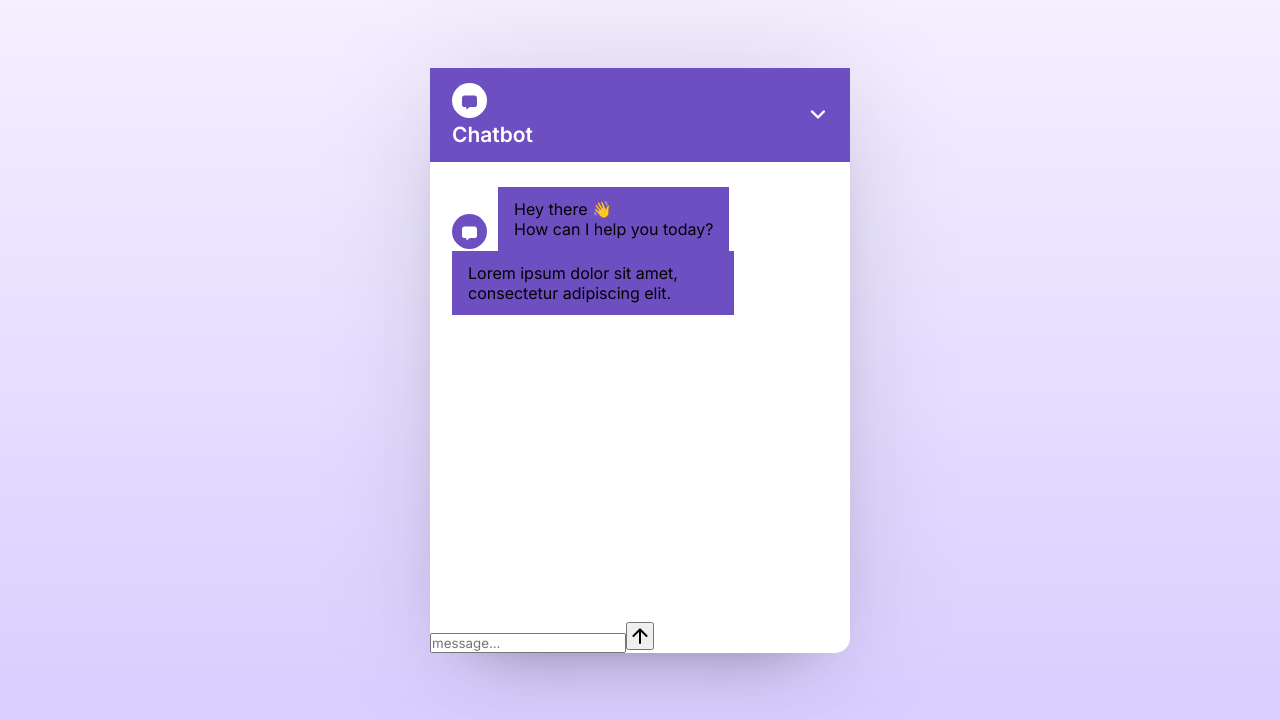
Repository: gogg23/chatbot
Page: / (app in chatbot/)
These files come from the project's save history. The page is drawn as it stood at one moment and after the next save; the edit follows.
The browser window is 1280 px wide. The pictures show the whole page.
The project was rebuilt for these pictures with package versions that can differ from the ones it lists, and the page was loaded fresh each time. Also part of the build but not shown: chatbot/vite.config.js.

Above is the page before, as saved 2025-01-17 11:24:52.

After the next save:
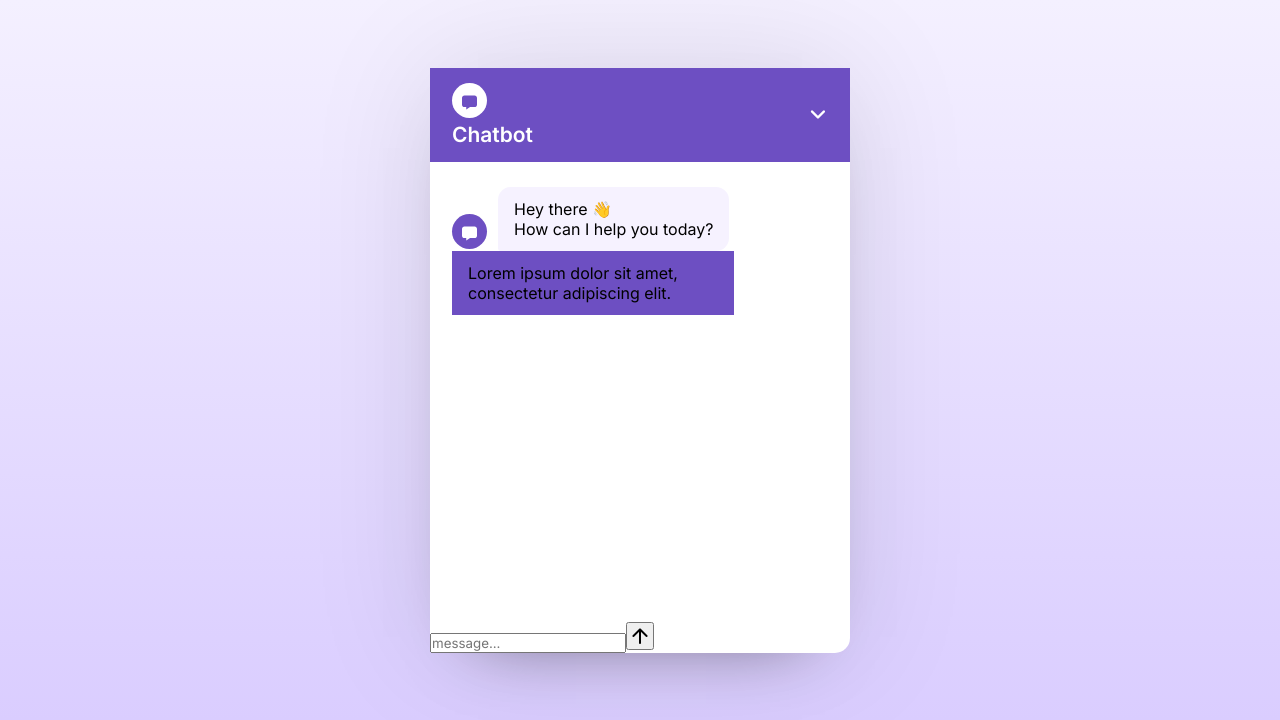
Saved 14 min 15 s later.
--- a/chatbot/src/index.css
+++ b/chatbot/src/index.css
@@ -101,3 +101,8 @@ body {
   max-width: 75%;
   background: #6d4fc2;
 }
+
+.chat-body .bot-message .message-text {
+  background: #f6f2ff;
+  border-radius: 13px 13px 13px 3px;
+}
